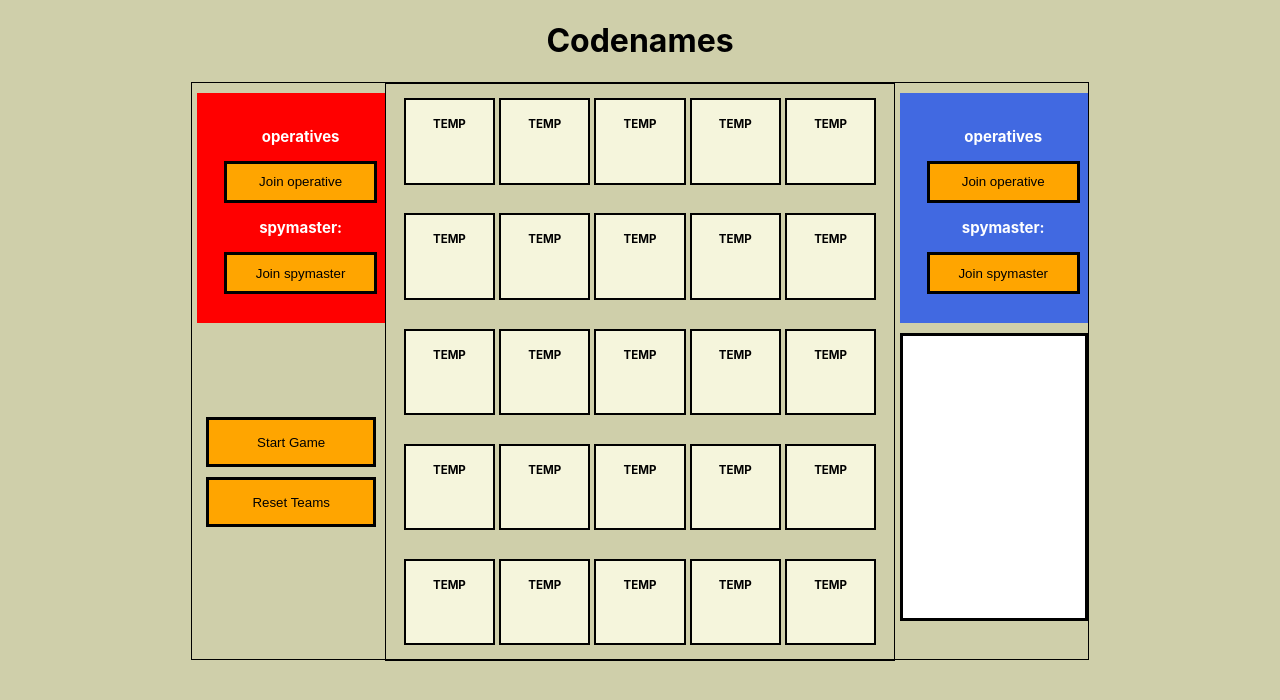
Repository: alcarrizo/Codenames-Fullstack
Page: / (app in client/)
These files come from the project's save history. The page is drawn as it stood at one moment and after the next save; the edit follows.
The browser window is 1280 px wide. The pictures show the whole page.
The project was rebuilt for these pictures with package versions that can differ from the ones it lists, and the page was loaded fresh each time. Imported but missing from the stored project, and not drawn on this page: client/src/reportWebVitals.

Above is the page before, as saved 2023-01-09 20:28:26.

### client/src/index.js
import React from 'react';
import ReactDOM from 'react-dom/client';
import './index.css';
import App from './App';
import reportWebVitals from './reportWebVitals';
import './css/styles.css'


const root = ReactDOM.createRoot(document.getElementById('root'));
root.render(
  <React.StrictMode>
    <App />
  </React.StrictMode>
);

// If you want to start measuring performance in your app, pass a function
// to log results (for example: reportWebVitals(console.log))
// or send to an analytics endpoint. Learn more: https://bit.ly/CRA-vitals
reportWebVitals();

### client/src/App.js
import logo from './logo.svg';
import './App.css';
import { useState, useEffect } from 'react';

const Wrapper = ({ cards }) => {
  return (
    <div className='wrapper'>
      <PlayerSide className="red" />
      <Board cards={cards} />
      <PlayerSide className="blue" />
      <div className='win-screen hide' id='win-screen'></div>
    </div>
  )
}

const Card = ({ word, className }) => {

  return (
    <div className={className}>
      {word === null ? 'temp' : word}
    </div>
  )
}
const PlayerSide = ({ className }) => {
  if (className === 'red') {
    return (
      <div className={className + "Side"}>
        <PlayerInfo className={className} />
        <div className='menu'>
          <Btn className='menuBtn' id="startBtn" name="Start Game" />
          <Btn className='menuBtn' id="resetBtn" name="Reset Teams" />
        </div>
      </div>
    )
  }
  else {
    return (
      <div className={className + "Side"}>
        <PlayerInfo className={className} />
        <div className='clue-log'></div>
        <Btn className='menuBtn hide' id="endTurn" name="End Turn" />
      </div>
    )
  }
}
const PlayerInfo = ({ className }) => {
  return (
    <div className={className + "Team"}>
      <p>operatives </p>
      <p id={className + '-operative-players'}></p>
      <Btn className="join-button" id={className + '-join-operative'} name="Join operative" />
      <p>spymaster: </p>
      <p id={className + '-spymaster-players'}></p>
      <Btn className="join-button" id={className + '-join-spymaster'} name="Join spymaster" />
      <p id={className + '-remaining-cards'}></p>
    </div>
  )

}

const Btn = (props) => {
  return (
    <button id={props.id} className={props.className}>{props.name}</button>
  )
}

const Board = ({ cards }) => {

  return (
    <div className='gameBoard'>
      {
        cards.map((card, id) =>
          <Card
            key={id}
            className="card"
            word={card} />
        )
      }

    </div>
  )
}

const App = () => {

  const [cards, setCards] = useState(Array(25).fill(null))


  return (
    <div className="App">
      <h1>Codenames</h1>

      <Wrapper cards={cards} />
      <div className='clue-area hide' id='clue-area'>
        <input className='clue-text' id='clue-text' type="text" />
        <div className="rangeDiv" id="rangeDiv">
          <input className="clue-range" id='clueRange' type="range" autoComplete='off' min="0" max="10" defaultValue="0" />
          <h3 className="range-number" id="rangeNumber">0</h3>
        </div>
        <Btn className="clue-submit" id="clue-submit" name="Give Clue" />
      </div>

    </div>
  );
}

export default App;

### client/src/css/styles.css
body {
    background-color: #cfcfaa;
}

body.red {
    background-color: #b44c2b;
}

body.blue {
    background-color: #4799b7;
}

.wrapper {
    position: relative;
    border: 0.05rem solid black;
    width: 70%;
    height: 80vh;
    display: flex;
    background: none;
    margin: 0 auto;

}

.gameBoard {
    display: flex;
    flex-wrap: wrap;
    justify-content: center;
    text-align: center;
    width: 35rem;
    height: 100%;
    /*   width: 500px;
    height: 500px; */
    /*width: 15rem;
    height: 15rem;
    */
    border: 0.05rem solid black;
    margin: auto;
}



.card {
    /* background-color: royalblue; */
    background-color: beige;
    box-sizing: border-box;
    /*width: 75px;
    height: 65px;
  */
    /*   width: 5.5rem;
    height: 5rem; */
    width: 18%;
    height: 15%;
    margin: auto 2px;
    border: 2px black solid;
    font-size: .9vw;
    padding-top: 17px;
    text-transform: uppercase;
    font-weight: bold;
    transition: none;
}

.card.blue {
    background-color: royalblue;

}

.card.red {
    background-color: #ff6000;
}

.card.black {
    background-color: black;
    color: white;

}

.card.beige {
    background-color: #b9b979;
}

.card.blue,
.card.red,
.card.black,
.card.beige {
    transition: background-color 1s;
}

.card.blue.picked,
.card.red.picked,
.card.black.picked,
.card.beige.picked {
    transition: opacity 1s;
    opacity: 50%;
}


.redSide,
.blueSide {
    color: white;
    height: 100%;
    width: 13rem;
    font-size: 15px;
    font-weight: bold;
    padding-left: 5px;
    padding-bottom: 10px;
    margin: 0 auto;
}

.blueTeam,
.redTeam {
    height: 40%;
    margin-top: 10px;
    padding-left: 10%;
    padding-top: 10%;
    box-sizing: border-box;
}

.redTeam {
    background-color: red;

}

.blueTeam {
    background-color: royalblue;

}

.blueSide {
    height: 100%;
}

.join-button {
    display: block;
    width: 90%;
    height: 20%;
    margin: 0 auto;
    background-color: orange;
    border: black solid 3px;
    margin-bottom: 10px;
}

.join-button.hide {
    display: none;
}

.menuBtn {
    display: block;
    width: 90%;
    height: 50px;
    margin: 0 auto;
    background-color: orange;
    border: black solid 3px;
    margin-bottom: 10px;


}

.menuBtn.hide {
    display: none;
}

.menu {
    display: block;
    width: 100%;
    margin-top: 50%;
}

.clue-log {
    color: black;
    width: 100%;
    height: 50%;
    margin-top: 10px;
    padding-left: 10px;
    background-color: white;
    box-sizing: border-box;
    border: black solid 3px;
    overflow-y: auto;
    line-height: 1.5;
}

.rangeDiv {
    display: inline-block;
    text-align: center;

}

.rangeDiv h3 {
    margin: 0;
    display: inline-block;
}

.clue-area {
    margin: 10px auto 0;
    width: 400px;
    height: 50px;
    margin-bottom: 15px;
}

.clue-area.hide {
    display: none;
}

.clue-submit {
    display: block;
    margin: 10px auto 0;
}

.win-screen {
    box-sizing: border-box;
    position: absolute;
    width: 30%;
    height: 30%;
    background-color: orange;
    top: 35%;
    left: 35%;
    text-align: center;
    font-size: 35px;
    line-height: 170px;
    font-weight: 800;
    border: black solid 3px;

}

.win-screen.hide {
    display: none;
}

Loaded but not shown: client/public/index.html (common file); client/src/index.css (common file); client/src/App.css (common file)

After the next save:
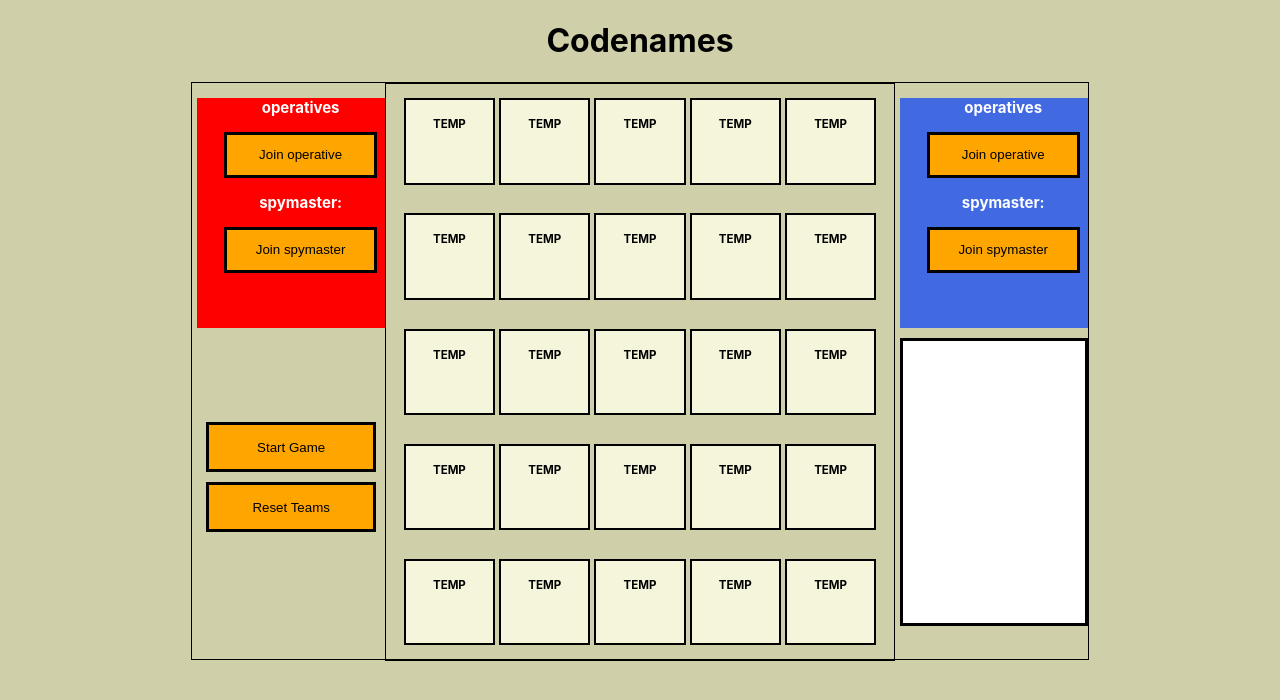
Saved 6 s later.
--- a/client/src/css/styles.css
+++ b/client/src/css/styles.css
@@ -111,7 +111,7 @@ body.blue {
     height: 40%;
     margin-top: 10px;
     padding-left: 10%;
-    padding-top: 10%;
+
     box-sizing: border-box;
 }
 
